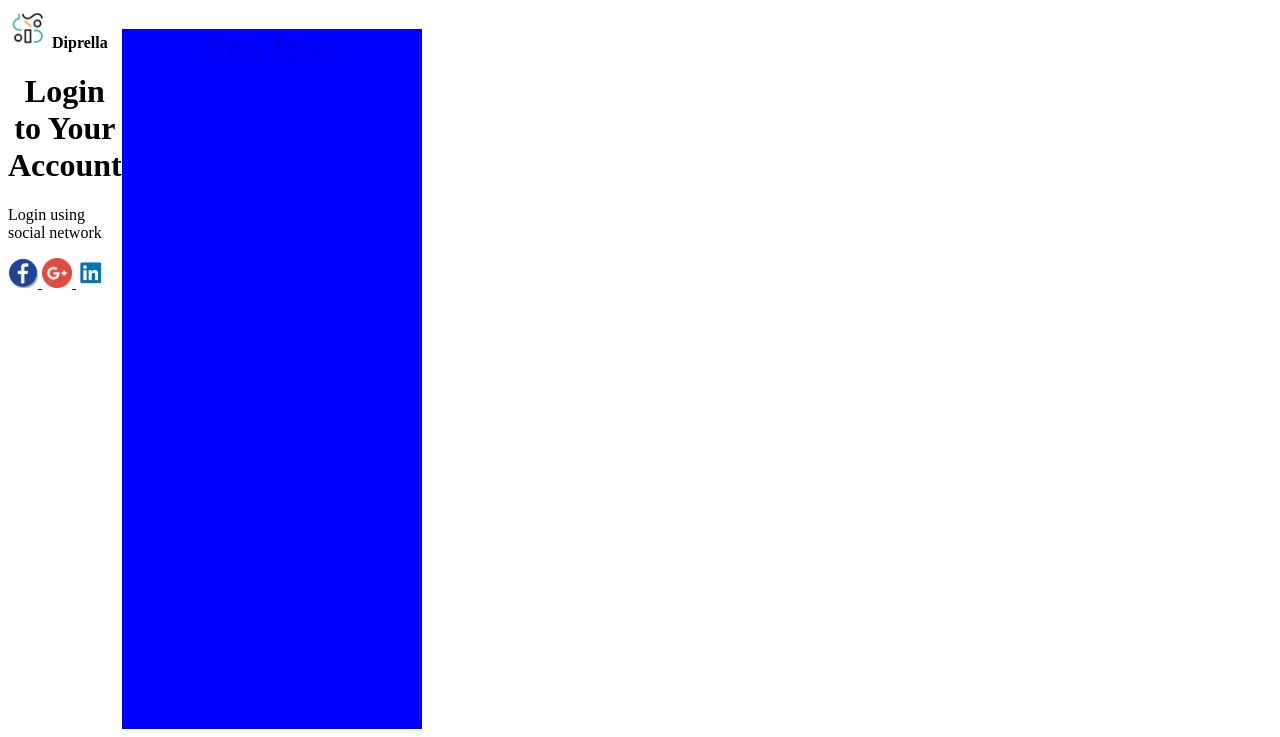
Repository: Tobby004/bdc-assignment-3
Page: task.html
The author's editor kept a copy of each file at every save. The page is drawn from the files as they stood at one save, then again after the next save.
The browser window is 1280 px wide. The pictures show the whole page.

Above is the page before, as saved 2023-02-21 09:25:06.

### task.html
<!DOCTYPE html>
<html lang="en">
<head>
    <meta charset="UTF-8">
    <meta http-equiv="X-UA-Compatible" content="IE=edge">
    <meta name="viewport" content="width=device-width, initial-scale=1.0">
    <title>Document</title>
    <link rel="stylesheet" href="task.css">
</head>
<body>
    <div class="box-container">
    <div class="box1">
    <header id="logo"><img src="diprella.JPG"  height="40px" alt="diprella"</header>
    <b>Diprella</b>
    <h1>Login to Your Account</h1>
    <p>Login using social network</p>
        <div class="logo">
            <a href="#"><img src="facebook.png" height="30px"</a>
            <a href="#"><img src="googe plus.png" height="30px"</a>
            <a href="#"><img src="linkedin.png" height="30px"</a>
           </div>
        </div>
        <div class="box2">
            <h1>New Here</h1>

        </div>


    </div>
</body>
</html>

### task.css
* {
    box-sizing: border-box;
}

.box-container {
   display: flex;
   max-width: 100px;
}
.box1 {
    background-color: white;
    display: flex;
    width: 800px;
    height: 700px;
}
.box2 {
    background-color: blue;
    height: 700px;
    width: 300px;
}
h1{
    text-align: center;
}

After the next save:
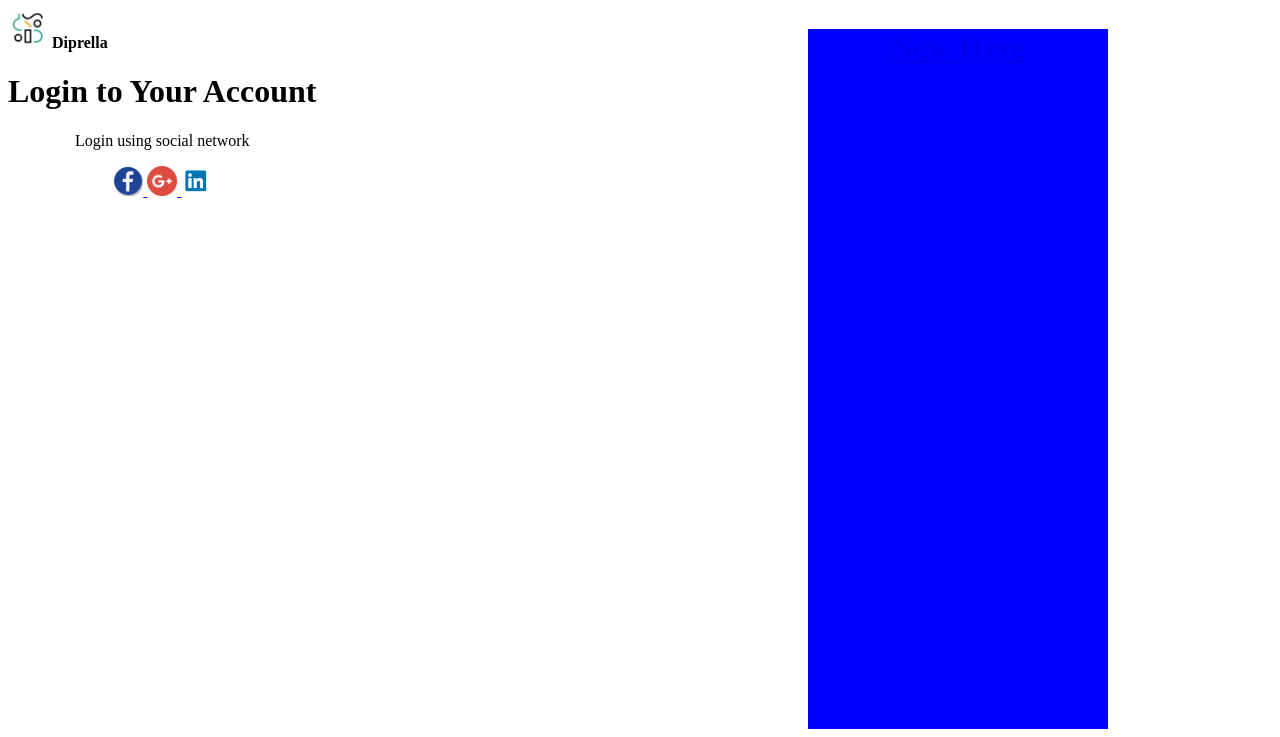
Saved 6 min 11 s later.
--- a/task.css
+++ b/task.css
@@ -4,7 +4,7 @@
 
 .box-container {
    display: flex;
-   max-width: 100px;
+   max-width: 400%;
 }
 .box1 {
     background-color: white;
@@ -17,6 +17,13 @@
     height: 700px;
     width: 300px;
 }
-h1{
+div h1{
+    text-align: center;
+
+}
+p {
     text-align: center;
 }
+div .logo {
+    text-align: center;
+}
